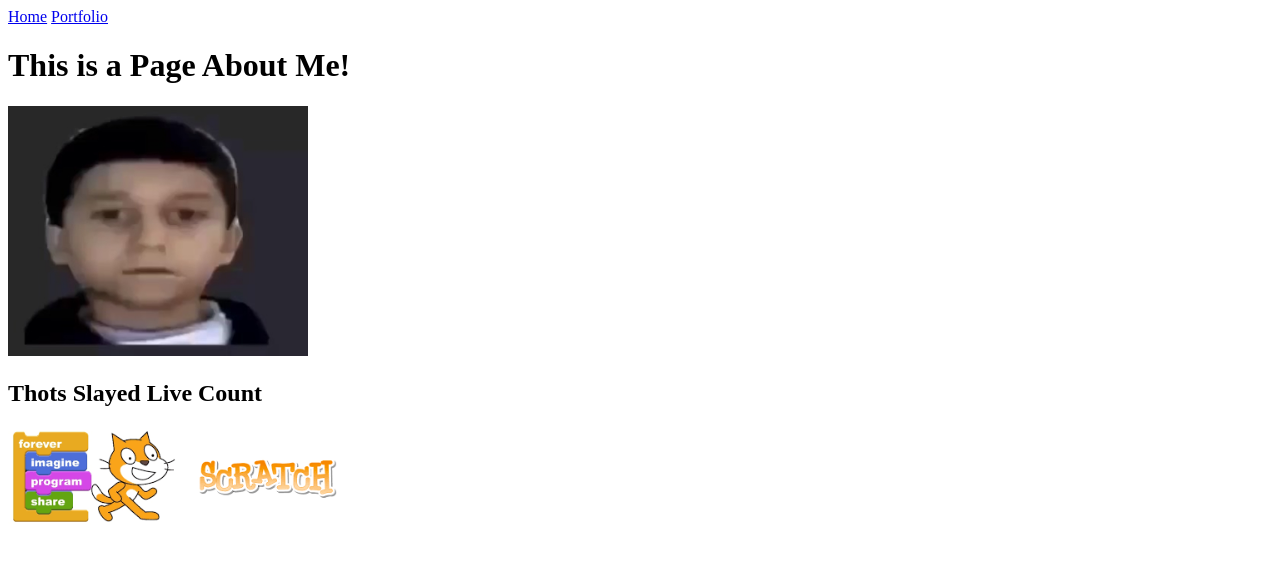
Repository: MOlivarez541/MOlivarez541.github.io
Page: my_website/aboutme.html
The author's editor kept a record of every edit. The page is drawn from the files as they stood at one moment, then again after the next edit.
The browser window is 1280 px wide. The pictures show the whole page.

Above is the page before.

### my_website/aboutme.html
<!doctype html>
	<html lang="en">
	  <head>
	    <meta charset="utf-8">
	    <title>AboutMe</title>
	  </head>
	  <body>
    <a href="index.html">Home</a>
    <a href="portfolio.html">Portfolio</a>
    <h1>This is a Page About Me!</h1>
    <img src="images/kid.jpg" height="250">
    <br>
    <h2>Thots Slayed Live Count</h2>
    <a target="_blank" href="https://scratch.mit.edu">
      <img src="images/scratchlogo.png" height="100">
    </a>
	  </body>
	</html>

After the next edit:
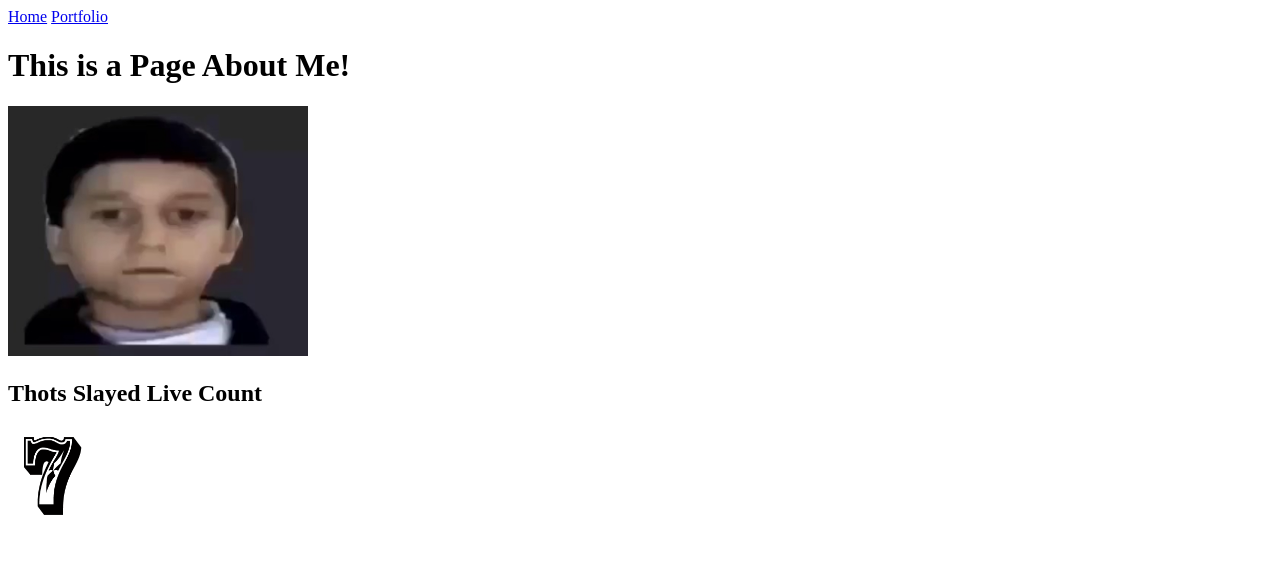
The edit:
--- a/my_website/aboutme.html
+++ b/my_website/aboutme.html
@@ -12,7 +12,7 @@
     <br>
     <h2>Thots Slayed Live Count</h2>
     <a target="_blank" href="https://scratch.mit.edu">
-      <img src="images/scratchlogo.png" height="100">
+      <img src="images/7.jpg" height="100">
     </a>
 	  </body>
 	</html>
